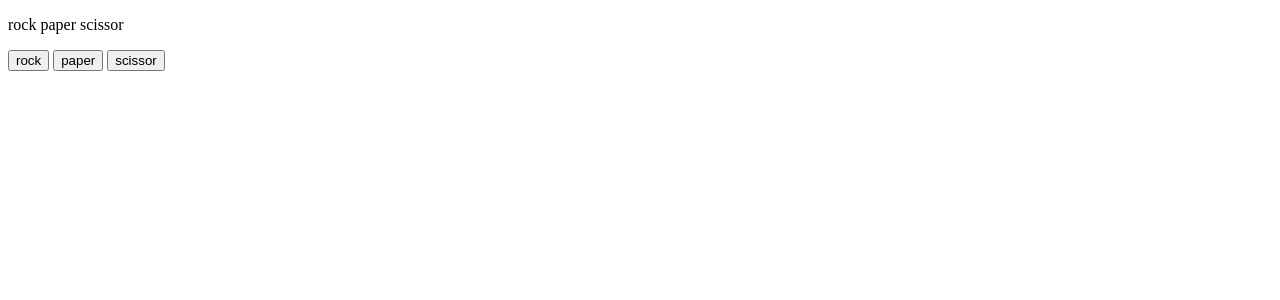
Repository: KolawoleTemilade/javascript
Page: booleans -rock,paper,scissors/index.html
These files come from the project's save history. The page is drawn as it stood at one moment and after a run of saves; the edit follows.
The browser window is 1280 px wide. The pictures show the whole page.

Above is the page before, as saved 2024-10-03 17:25:53.
Console error (its wording comes from the project's code and is left out).

### booleans -rock,paper,scissors/index.html
<!DOCTYPE html>
<html lang="en">
<head>
    <meta charset="UTF-8">
    <meta name="viewport" content="width=device-width, initial-scale=1.0">
    <title>rock paper and scissor</title>
</head>
<body>
     <p>rock paper scissor </p>
     <div>
        <button
        onclick="
        const randomNumber = Math.random();
        const computerMove =


        if (randomNumber >= 0 && randomNumber <= 1/3){
            console.log('rock')}
            else if (randomNumber > 1/3 && randomNumber <= 2/3){
                console.log(paper)
            }else if (randomNumber > 2/3 && randomNumber <= 1) {
                console.log(scissor)
            }

            "
        >rock</button>
        <button>paper</button>
        <button>scissor</button>
     </div>
</body>
</html>

After the next 4 saves:
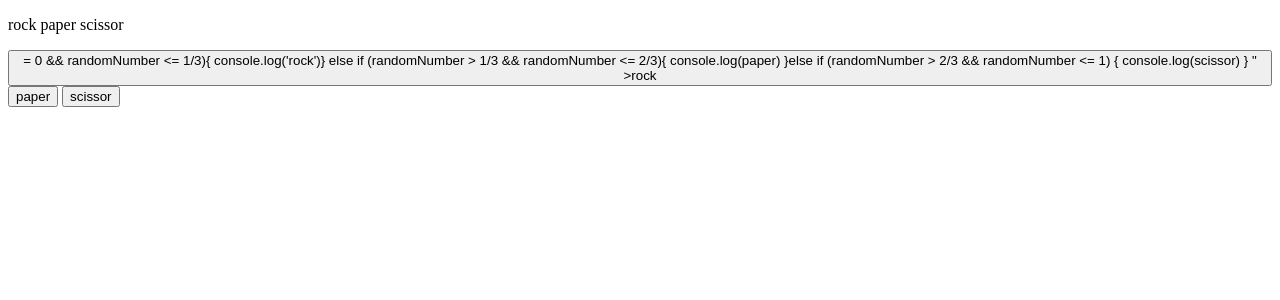
Console error (its wording comes from the project's code and is left out).
The 4 saves are shown as one change because they came seconds apart.
The last was saved 17 s later.
--- a/booleans -rock,paper,scissors/index.html
+++ b/booleans -rock,paper,scissors/index.html
@@ -11,7 +11,7 @@
         <button
         onclick="
         const randomNumber = Math.random();
-        const computerMove =
+        computerMove = ""
 
 
         if (randomNumber >= 0 && randomNumber <= 1/3){

After the save that followed:
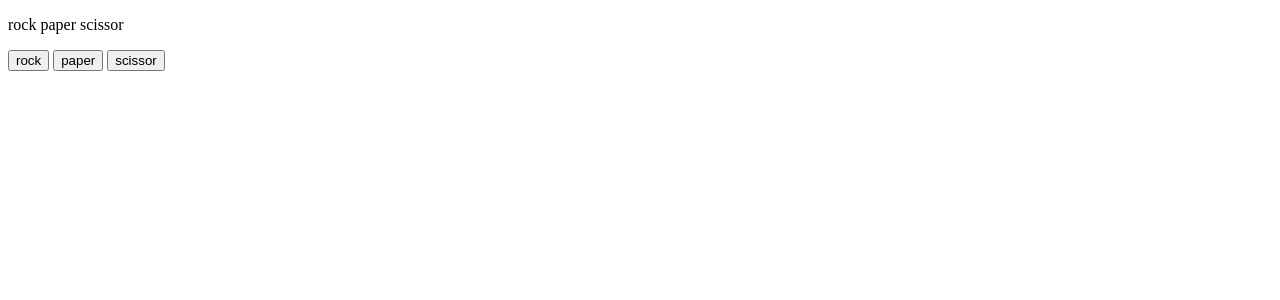
The error is gone.
Saved 11 s later.
--- a/booleans -rock,paper,scissors/index.html
+++ b/booleans -rock,paper,scissors/index.html
@@ -11,7 +11,7 @@
         <button
         onclick="
         const randomNumber = Math.random();
-        computerMove = ""
+        computerMove = ''
 
 
         if (randomNumber >= 0 && randomNumber <= 1/3){
